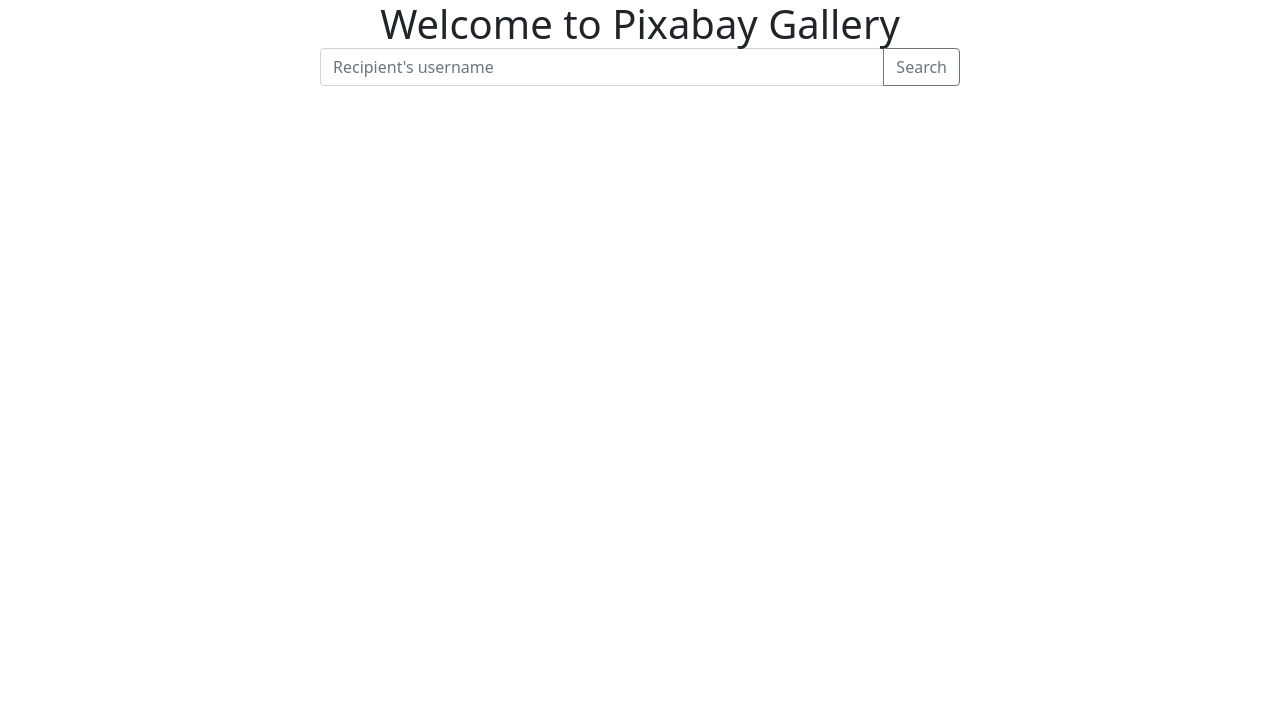
Repository: mehedi9465/PixaBay-Gallery
Page: index.html
These files come from the project's save history. The page is drawn as it stood at one moment and after a run of saves; the edit follows.
The browser window is 1280 px wide. The pictures show the whole page.

Above is the page before, as saved 2023-05-09 13:11:30.

After the next 3 saves:
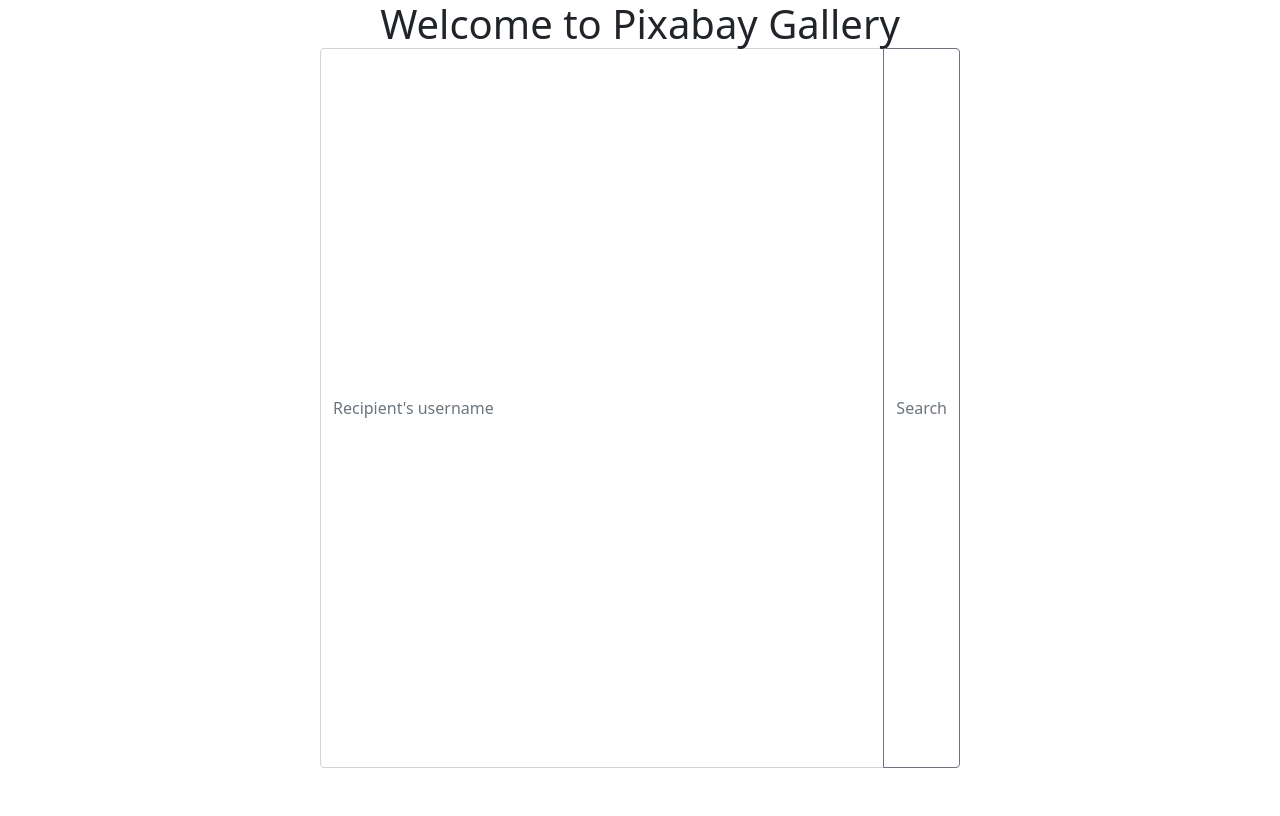
The 3 saves are shown as one change because they came seconds apart.
The last was saved 12 s later.
--- a/index.html
+++ b/index.html
@@ -25,7 +25,7 @@
   </head>
   <body>
     <main>
-      <div class="input-group mt-5 mb-5 w-50 mx-auto overflow-hidden h-100vh">
+      <div class="input-group mt-5 mb-5 w-50 mx-auto overflow-hidden" style="height: 100vh;">
         <input
           type="text"
           class="form-control"

After the 6 saves that followed:
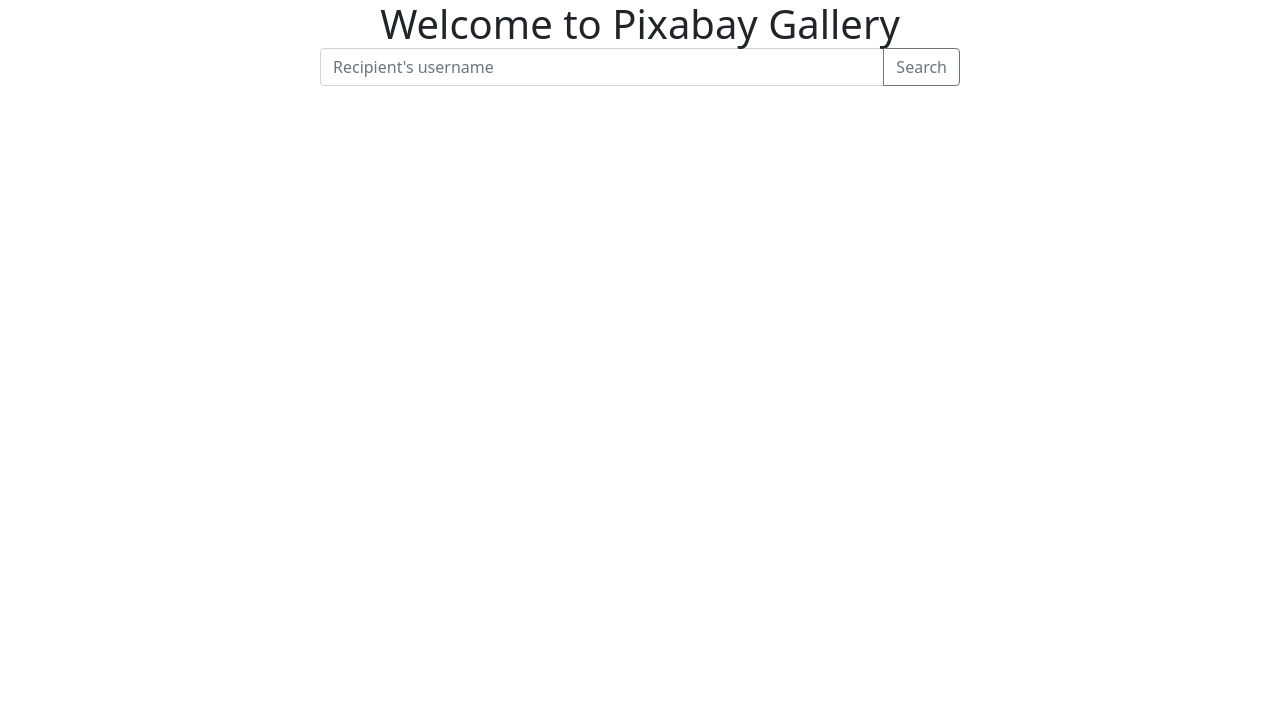
The 6 saves are shown as one change because 1 left the picture as it was and some came seconds apart.
The last was saved 50 s later.
--- a/index.html
+++ b/index.html
@@ -25,7 +25,7 @@
   </head>
   <body>
     <main>
-      <div class="input-group mt-5 mb-5 w-50 mx-auto overflow-hidden" style="height: 100vh;">
+      <div class="input-group mt-5 mb-5 w-50 mx-auto overflow-hidden">
         <input
           type="text"
           class="form-control"
